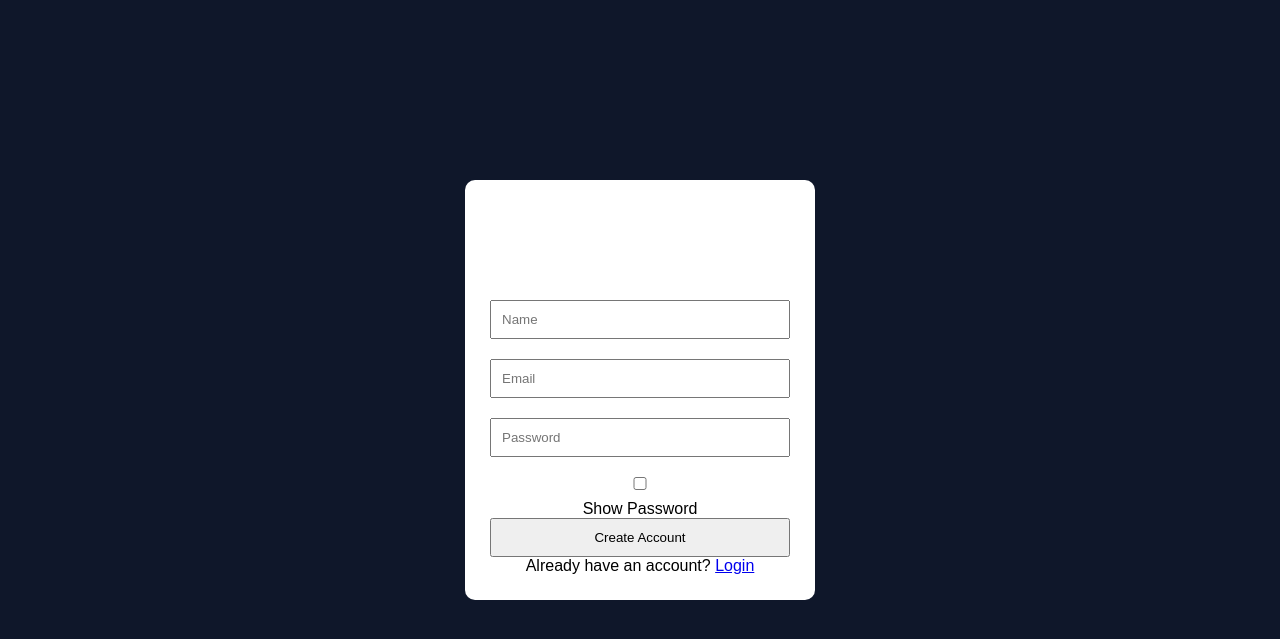
Repository: Dinesh-Codebais/movie-tracker
Page: signup.html
The author's editor kept a copy of each file at every save. The page is drawn from the files as they stood at one save, then again after a run of saves.
The browser window is 1280 px wide. The pictures show the whole page.

Above is the page before, as saved 2026-06-22 10:35:20.
Console error: TypeError: Cannot read properties of null (reading 'addEventListener')

After the next 2 saves:
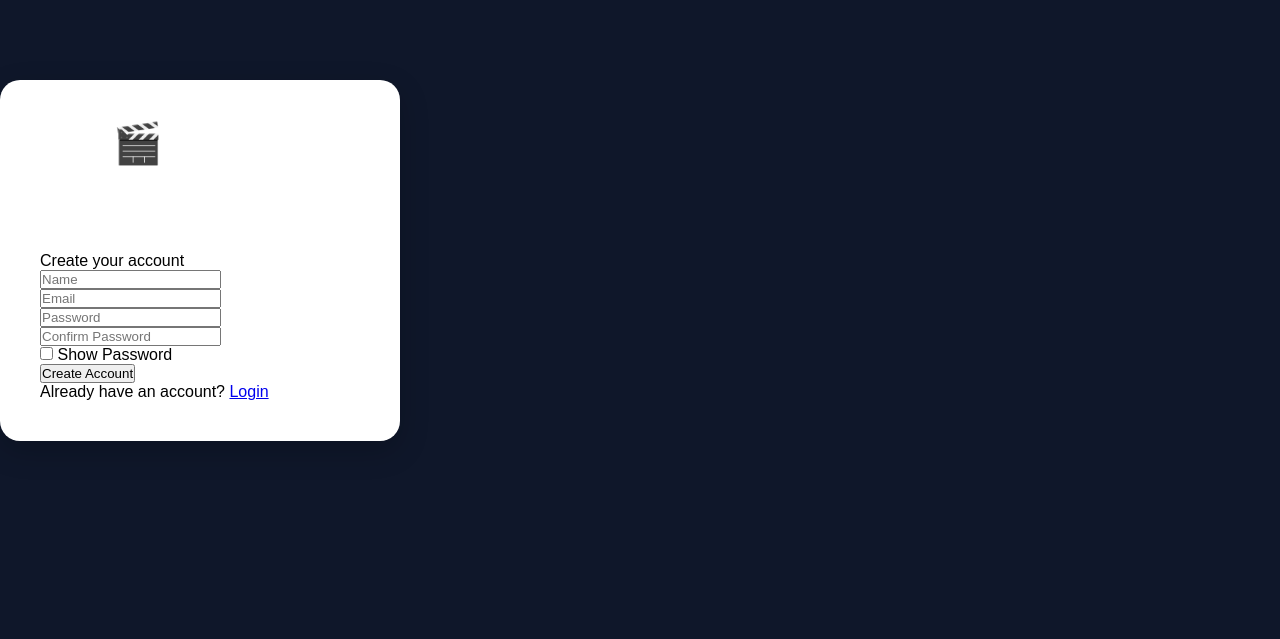
The 2 saves are shown as one change because they came seconds apart.
The last was saved 26 s later.
--- a/signup.html
+++ b/signup.html
@@ -9,26 +9,32 @@
 </head>
 <body>
 
-    <div class="form-box">
-        <h2>Sign Up</h2>
+   <div class="signup-box">
 
-        <input type="text" id="signupName" placeholder="Name">
+    <h2>🎬 Movie Tracker</h2>
+    <p class="subtitle">Create your account</p>
 
-        <input type="email" id="signupEmail" placeholder="Email">
+    <input type="text" placeholder="Name">
 
-        <input type="password" id="signupPassword" placeholder="Password">
-       <label>
-    <input type="checkbox" onclick="showSignupPassword()">
-    Show Password
-</label>
+    <input type="email" placeholder="Email">
 
-        <button onclick="signup()">Create Account</button>
+    <input type="password" placeholder="Password">
 
-        <p>
-            Already have an account?
-            <a href="login.html">Login</a>
-        </p>
+    <input type="password" placeholder="Confirm Password">
+
+    <div class="show-pass">
+        <input type="checkbox">
+        <label>Show Password</label>
     </div>
+
+    <button>Create Account</button>
+
+    <p>
+        Already have an account?
+        <a href="#">Login</a>
+    </p>
+
+</div>
 
     <script src="script.js"></script>
 
